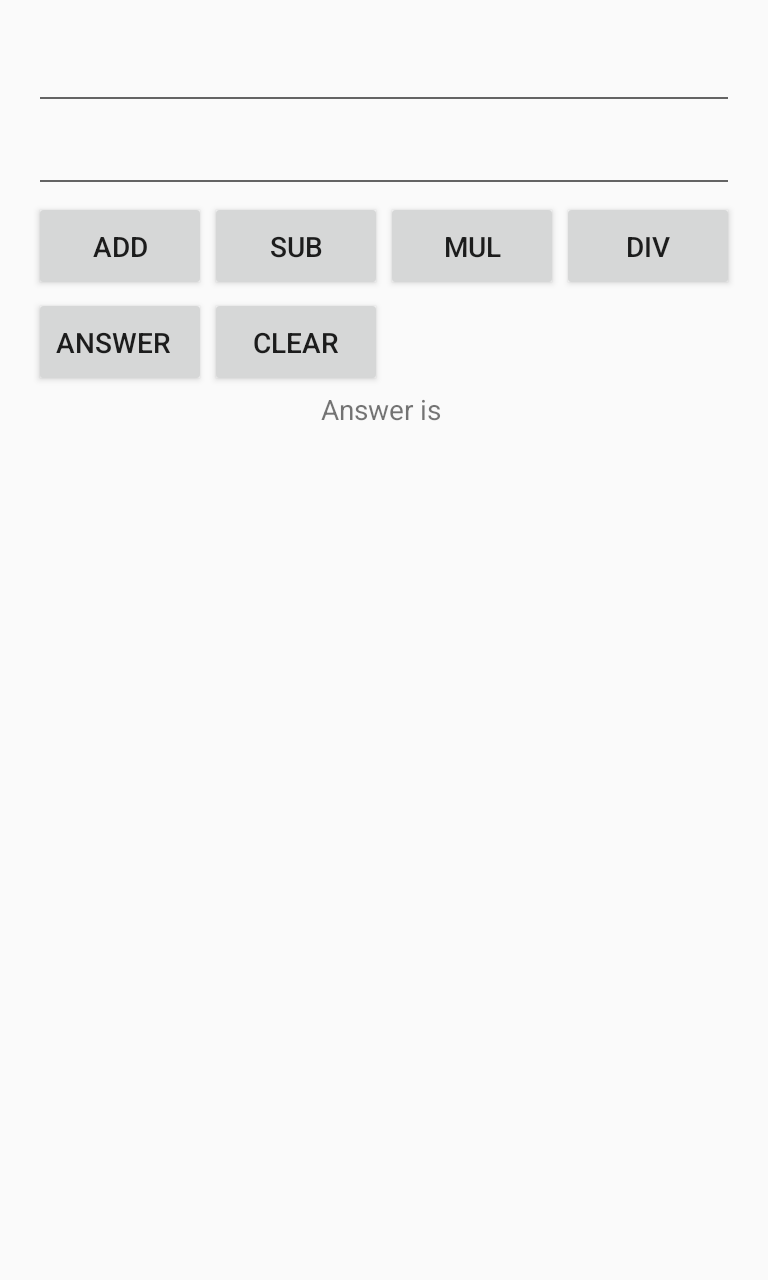
Repository: tamilkarun/Android
Layout: Calc/res/layout/fragment_main.xml
These files come from the project's save history. The layout is drawn as it stood at one moment and after the next save; the edit follows.
It is drawn on a 768 x 1280 px phone screen (xhdpi) without system bars, with theme AppTheme; the app's code is not run.

Above is the layout before, as saved 2014-05-14 06:21:10.

### Calc/res/layout/fragment_main.xml
<LinearLayout xmlns:android="http://schemas.android.com/apk/res/android"
    xmlns:tools="http://schemas.android.com/tools"
    android:id="@+id/LinearLayout1"
    android:layout_width="match_parent"
    android:layout_height="match_parent"
    android:orientation="vertical"
    android:paddingBottom="@dimen/activity_vertical_margin"
    android:paddingLeft="@dimen/activity_horizontal_margin"
    android:paddingRight="@dimen/activity_horizontal_margin"
    android:paddingTop="@dimen/activity_vertical_margin"
    tools:context="com.example.calc.MainActivity$PlaceholderFragment" >

    <LinearLayout
        android:id="@+id/linearLayout1"
        android:layout_width="fill_parent"
        android:layout_height="wrap_content"
        android:orientation="vertical" >

        <EditText
            android:id="@+id/Num1"
            android:layout_width="fill_parent"
            android:layout_height="wrap_content"
            android:layout_below="@+id/linearLayout1"
            android:layout_centerHorizontal="true"
            android:inputType="number" >

        </EditText>

        <EditText
            android:id="@+id/Num2"
            android:layout_width="fill_parent"
            android:layout_height="wrap_content"
            android:layout_alignLeft="@+id/Num1"
            android:layout_below="@+id/Num1"
            android:ems="10"
            android:inputType="number" />
		</LinearLayout>
		<LinearLayout
		    android:layout_width="fill_parent"
        	android:layout_height="wrap_content"
        	android:orientation="horizontal">
        <Button
            android:id="@+id/Add"
            android:layout_width="wrap_content"
            android:layout_height="wrap_content"
            android:text="Add" />
		<Button
            android:id="@+id/Sub"
            android:layout_width="wrap_content"
            android:layout_height="wrap_content"
            android:text="Sub" />
		<Button
            android:id="@+id/Mul"
            android:layout_width="wrap_content"
            android:layout_height="wrap_content"
            android:text="Mul" />
		<Button
            android:id="@+id/Div"
            android:layout_width="wrap_content"
            android:layout_height="wrap_content"
            android:text="Div" />
		</LinearLayout>

        <!-- <EditText -->
        <!-- android:id="@+id/Result" -->
        <!-- android:layout_width="wrap_content" -->
        <!-- android:layout_height="wrap_content" -->
        <!-- android:layout_alignLeft="@+id/Num2" -->
        <!-- android:layout_below="@+id/Add" -->
        <!-- android:ems="10" /> -->


    <LinearLayout
	    	android:layout_width="fill_parent"
        	android:layout_height="wrap_content"
        	android:orientation="horizontal">
        <Button
            android:id="@+id/AnswerButton"
            android:layout_width="wrap_content"
            android:layout_height="wrap_content"
            android:gravity="center_vertical"
            android:text="Answer" />
        <Button
            android:id="@+id/ClearButton"
            android:layout_width="wrap_content"
            android:layout_height="wrap_content"
            android:text="Clear" />

        </LinearLayout>



<TextView
            android:id="@+id/AddResult"
            android:layout_width="fill_parent"
            android:layout_height="wrap_content"
            android:text="Answer is "
            android:gravity="center" />
</LinearLayout>

Loaded but not shown: Calc/res/values/styles.xml (common file); Calc/res/values-v11/styles.xml (common file); Calc/res/values-v14/styles.xml (common file); Calc/res/values/dimens.xml (common file); Calc/res/values-w820dp/dimens.xml (common file)

After the next save:
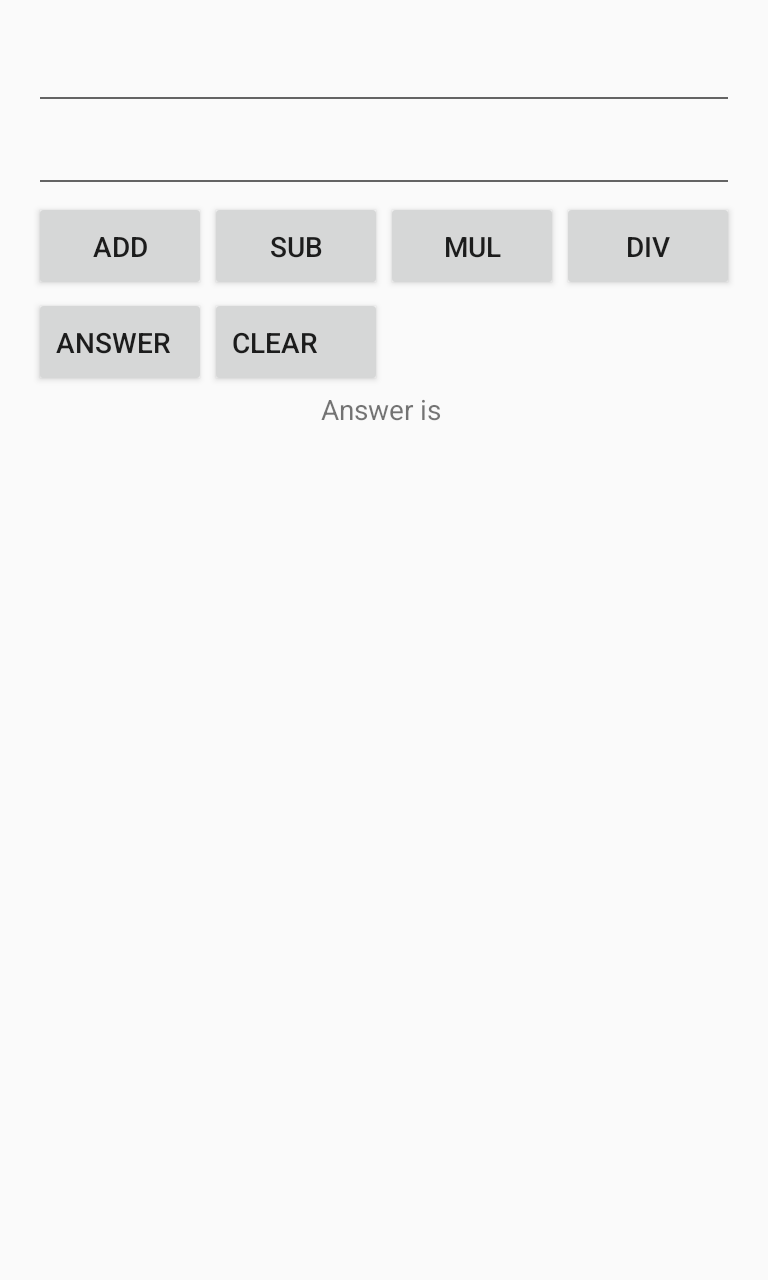
Saved 19 s later.
--- a/Calc/res/layout/fragment_main.xml
+++ b/Calc/res/layout/fragment_main.xml
@@ -84,6 +84,7 @@
             android:id="@+id/ClearButton"
             android:layout_width="wrap_content"
             android:layout_height="wrap_content"
+            android:gravity="center_vertical"
             android:text="Clear" />
 
         </LinearLayout>
